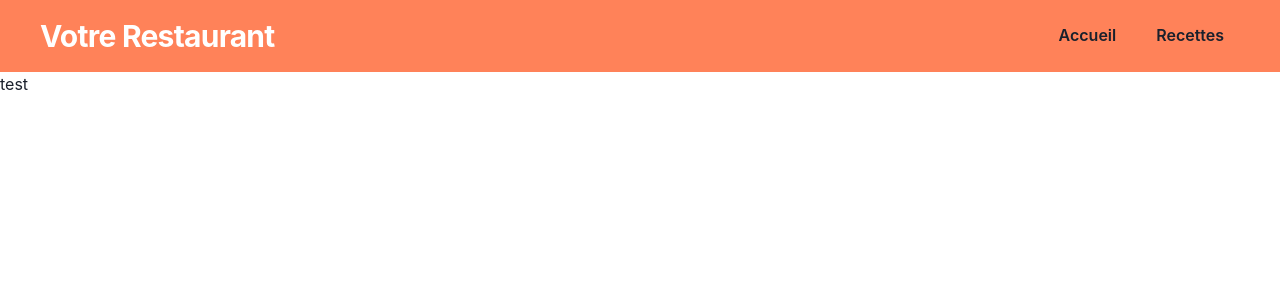
Repository: Ecaron76/tp-restau-next
Page: /
The author's editor kept a copy of each file at every save. The page is drawn from the files as they stood at one save, then again after the next save.
The browser window is 1280 px wide. The pictures show the whole page.
The project was rebuilt for these pictures with package versions that can differ from the ones it lists, and the page was loaded fresh each time. The framework's server and built-in components were replaced by stand-ins that run in the browser. Also part of the build but not shown: next.config.mjs.

Above is the page before, as saved 2024-02-25 17:56:51.

### src/app/layout.tsx
'use client'

import { Inter } from "next/font/google";
import "./globals.css";
import { ChakraProvider, extendTheme  } from '@chakra-ui/react'
const theme = extendTheme({
  colors: {
    brand: {
      50: '#ffeee6',
      100: '#ffc7b7',
      200: '#ffa788',
      300: '#ff8259',
      400: '#ff5b29',
      500: '#ff3300',
      600: '#cc2900',
      700: '#991f00',
      800: '#661600',
      900: '#330c00',
    },
  },
});



export function Providers({ children }: { children: React.ReactNode }) {
  return <ChakraProvider theme={theme}>{children}</ChakraProvider>
}

export default function RootLayout({
  children,
}: Readonly<{
  children: React.ReactNode;
}>) {
  return (
    <html lang="en">
      <body>
        <Providers>{children}</Providers>
      </body>
    </html>
  );
}

### src/app/page.tsx
import Image from "next/image";
import styles from "./page.module.css";
import Header from "@/components/Header/Header";

export default function Home() {
  return (
    <main >
      <Header/>
      <p>test</p>
    </main>
  );
}

### src/app/globals.css
:root {
  --max-width: 1100px;
  --border-radius: 12px;
  --font-mono: ui-monospace, Menlo, Monaco, "Cascadia Mono", "Segoe UI Mono",
    "Roboto Mono", "Oxygen Mono", "Ubuntu Monospace", "Source Code Pro",
    "Fira Mono", "Droid Sans Mono", "Courier New", monospace;

  --foreground-rgb: 0, 0, 0;
  --background-start-rgb: 214, 219, 220;
  --background-end-rgb: 255, 255, 255;

  --primary-glow: conic-gradient(
    from 180deg at 50% 50%,
    #16abff33 0deg,
    #0885ff33 55deg,
    #54d6ff33 120deg,
    #0071ff33 160deg,
    transparent 360deg
  );
  --secondary-glow: radial-gradient(
    rgba(255, 255, 255, 1),
    rgba(255, 255, 255, 0)
  );

  --tile-start-rgb: 239, 245, 249;
  --tile-end-rgb: 228, 232, 233;
  --tile-border: conic-gradient(
    #00000080,
    #00000040,
    #00000030,
    #00000020,
    #00000010,
    #00000010,
    #00000080
  );

  --callout-rgb: 238, 240, 241;
  --callout-border-rgb: 172, 175, 176;
  --card-rgb: 180, 185, 188;
  --card-border-rgb: 131, 134, 135;
}

@media (prefers-color-scheme: dark) {
  :root {
    --foreground-rgb: 255, 255, 255;
    --background-start-rgb: 0, 0, 0;
    --background-end-rgb: 0, 0, 0;

    --primary-glow: radial-gradient(rgba(1, 65, 255, 0.4), rgba(1, 65, 255, 0));
    --secondary-glow: linear-gradient(
      to bottom right,
      rgba(1, 65, 255, 0),
      rgba(1, 65, 255, 0),
      rgba(1, 65, 255, 0.3)
    );

    --tile-start-rgb: 2, 13, 46;
    --tile-end-rgb: 2, 5, 19;
    --tile-border: conic-gradient(
      #ffffff80,
      #ffffff40,
      #ffffff30,
      #ffffff20,
      #ffffff10,
      #ffffff10,
      #ffffff80
    );

    --callout-rgb: 20, 20, 20;
    --callout-border-rgb: 108, 108, 108;
    --card-rgb: 100, 100, 100;
    --card-border-rgb: 200, 200, 200;
  }
}

* {
  box-sizing: border-box;
  padding: 0;
  margin: 0;
}

html,
body {

  overflow-x: hidden;
}

body {
  color: rgb(var(--foreground-rgb));
  background: linear-gradient(
      to bottom,
      transparent,
      rgb(var(--background-end-rgb))
    )
    rgb(var(--background-start-rgb));
}

a {
  color: inherit;
  text-decoration: none;
}

@media (prefers-color-scheme: dark) {
  html {
    color-scheme: dark;
  }
}

### src/components/Header/Header.tsx
import { Box, Flex, Heading, Spacer, Button } from '@chakra-ui/react';
import NextLink from 'next/link'; // Pour gérer la navigation entre les pages

const Header = () => {
  return (
    <Box bg="brand.300" p={4} color="white">
      <Flex alignItems="center" maxW="1200px" mx="auto">
        {/* Logo ou Nom du restaurant */}
        <Heading as="h1" size="lg" letterSpacing="tight">
          <NextLink href="/" passHref>

              Votre Restaurant

          </NextLink>
        </Heading>

        <Spacer />

        {/* Liens de navigation */}
        <Box>
          <NextLink href="/" passHref>
            <Button  variant="ghost" mr={2}>
              Accueil
            </Button>
          </NextLink>
          <NextLink href="/recettes" passHref>
            <Button  variant="ghost">
              Recettes
            </Button>
          </NextLink>
        </Box>
      </Flex>
    </Box>
  );
};

export default Header;

After the next save:
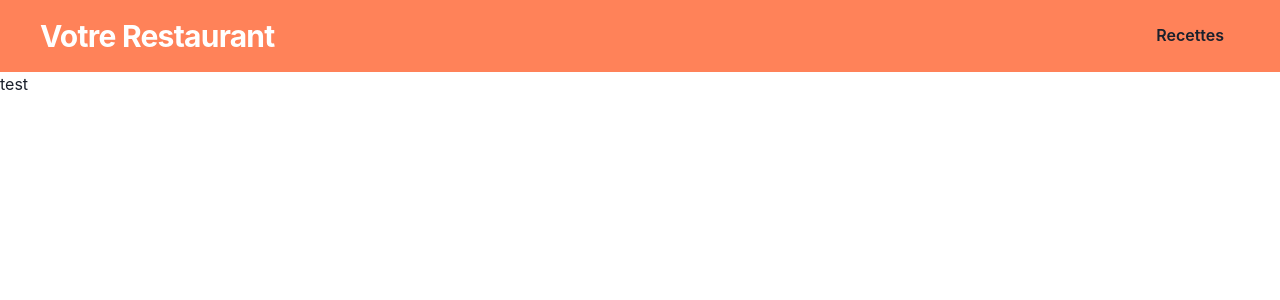
Saved 29 s later.
--- a/src/components/Header/Header.tsx
+++ b/src/components/Header/Header.tsx
@@ -18,11 +18,6 @@ const Header = () => {
 
         {/* Liens de navigation */}
         <Box>
-          <NextLink href="/" passHref>
-            <Button  variant="ghost" mr={2}>
-              Accueil
-            </Button>
-          </NextLink>
           <NextLink href="/recettes" passHref>
             <Button  variant="ghost">
               Recettes
